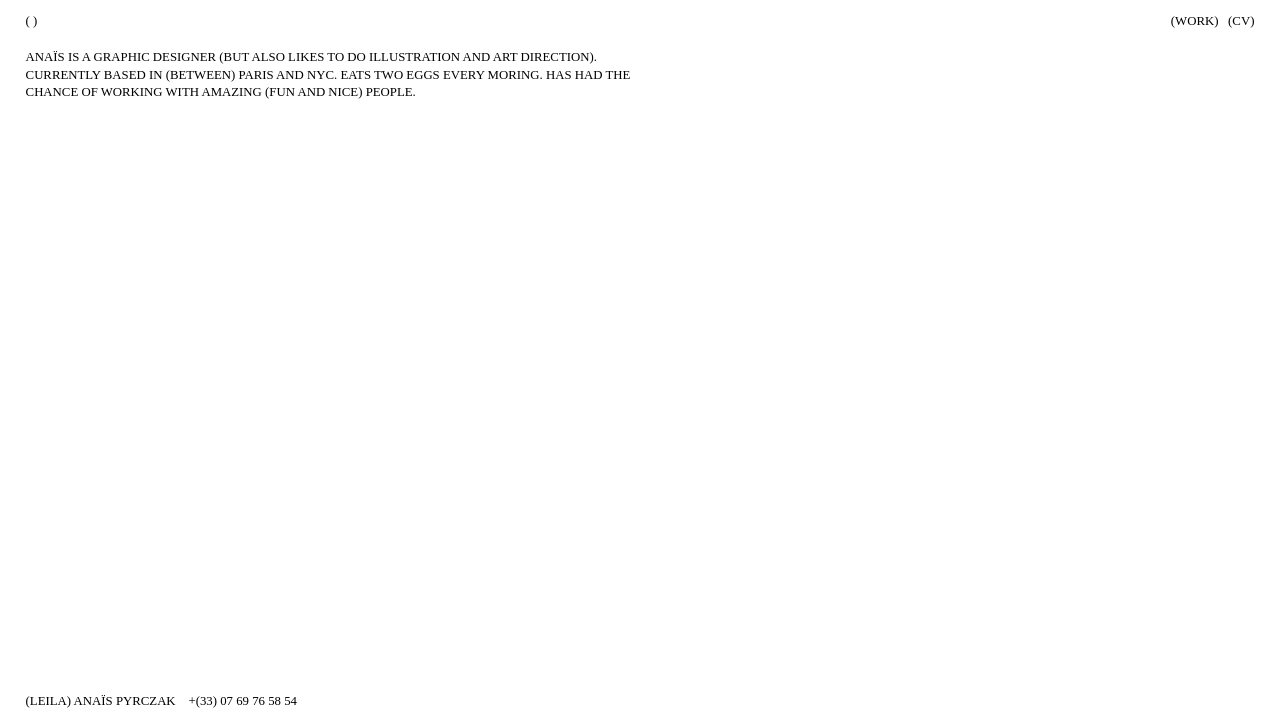
Repository: pyrcl090/site
Page: info.html
The author's editor kept a copy of each file at every save. The page is drawn from the files as they stood at one save, then again after the next save.
The browser window is 1280 px wide. The pictures show the whole page.
Some web fonts or font styles are not loaded; a fallback is used.

Above is the page before, as saved 2024-03-20 22:34:28.
Console error: TypeError: Cannot read properties of null (reading 'addEventListener')

### info.html
<!DOCTYPE html>
<html lang="en">
<head>
    <meta charset="UTF-8">
    <meta http-equiv="X-UA-Compatible" content="IE=edge">
    <meta name="viewport" content="width=device-width, initial-scale=1.0">
    <title>anais pyrczak</title>
    <link rel="icon" type="image/x-icon" href="./AP.png">
    <link rel="stylesheet" href="style.css">
    <style>
        html{
            background-color: white;
        }
    </style>
</head>
<body>

  <p class="nav">(<span >LEILA</span>) ANAÏS PYRCZAK &nbsp;&nbsp; +(<span>33</span>) 07 69 76 58 54</p>
  <!-- top right nav -->
  <p class="nav2"><a href="index.html">(<span >WORK</span>)</a>&nbsp;&nbsp;
    <a href="CV_Leila_Anais_Pyrczak.pdf">(<span >CV</span>)</a></p>
  <!-- top left nav -->
  <p class="nav3">(<span id="img_text"> </span>) &nbsp;&nbsp; <br><br><span id="mp4_text"> ANAÏS IS A GRAPHIC DESIGNER (BUT ALSO LIKES TO DO ILLUSTRATION AND ART DIRECTION). CURRENTLY BASED IN (BETWEEN) PARIS AND NYC. EATS TWO EGGS EVERY MORING. HAS HAD THE CHANCE OF WORKING WITH AMAZING (FUN AND NICE) PEOPLE. </span> &nbsp;&nbsp;</p>



<script src="script.js" async defer></script>
</body>
</html>

### style.css
@font-face {
    font-family: 'HMP';
    src: url("hiragino-maru-gothic-pron-w4.otf") format("truetype");
}

html{
    background-color:rgb(255, 255, 255);
}
body::-webkit-scrollbar {
    display: none;
  }
body{
    font-family: 'HMP';
    font-weight: 400;
    font-style: normal;
    font-size: .8em;
    line-height: 1.4em;
    overscroll-behavior-x: none;
    margin: 0%;
    padding: 0%;
    z-index: 0;
}
.dissapear{
    color: transparent;
}
.dissapear:hover{
    color: white;
    transition: .2s;
}

p{
    color: rgb(255, 255, 255);
    mix-blend-mode: exclusion;
}
a{
    color: rgb(255, 255, 255);
    text-decoration: none;
    mix-blend-mode: exclusion;
}
.nav{
    bottom: 1%;
    padding-bottom: 0%;
    padding-left: 2%;
    position: fixed;
    width: 100vw;
    height: 1vh;
    mix-blend-mode: exclusion;
    color: rgb(255, 255, 255);
    z-index: 3;
    overscroll-behavior-x: none;
}
.nav2{
    top: 0%;
    padding-bottom: 1%;
    right: 0%;
    padding-right: 2%;
    text-align: right;
    position: fixed;
    width: 50vw;
    height: 1vh;
    mix-blend-mode: exclusion;
    color: rgb(255, 255, 255);
    z-index: 3;
    overscroll-behavior-x: none;
}
.nav3{
    top: 0%;
    padding-bottom: 1%;
    padding-left: 2%;
    position: fixed;
    width: 50vw;
    height: 1vh;
    z-index: 3;
    overscroll-behavior-x: none;
}
.nav4{
    top: 40%;
    padding-bottom: 1%;
    padding-left: 2%;
    position: fixed;
    width: 50vw;
    height: 1vh;
    z-index: 3;
    overscroll-behavior-x: none;
}
.margin-top{
    margin-top: 80px;
}
.project{
    display: flex;
    flex-direction: row;
}
img.passeport{
    width: 150px;
    height:auto;
    padding-left: 1%;

}
.en{
    padding-left: 2%;
    padding-right: 1%;
    width: 50vw;
    /* text-align-last: right; */
}
.info{
    padding-left: 1%;
}

/* home selects */

.home_imgs{
    width: auto;
    margin-top: 0vh;
    height: 100vh;
    display: flex;
    padding-left: 0vw;
}
.home_container{
    width: auto;
    margin-top: 0vh;
    height: 100vh;
    display: flex;
    padding-left: 0vw;
}

/* are.na channels for individual pages */

  .arenaimgs{
         width: auto;
         margin-top: 0vh;
         height: 100vh;
         display: flex;
         padding-left: 0vw;
  }
  #parent{
          margin-block-start: 0em;
          margin-block-end: 0em;
          margin-inline-start: 0px;
          margin-inline-end: 0px;
          padding-inline-start: 0px;
          padding-inline-end: 0px;
          scroll-padding-inline-end: 0px;
   }
  ul {
          list-style-type: none;
          width: auto;
          height: fit-content;
          margin-block-start: 0em;
          margin-block-end: 0em;
          margin-inline-start: 0vw;
          margin-inline-end: 0px;
          padding-inline-start: 0px;
          padding-inline-end: 0px;
          scroll-padding-inline-end: 0px;
          display: flex;


      }
      .img_container{
        margin-block-start: 0em;
        margin-block-end: 0em;
        margin-inline-start: 0px;
        margin-inline-end: 0px;
        padding-inline-start: 0px;
        padding-inline-end: 0px;
        scroll-padding-inline-end: 0px;
        /* height: 100vh; */
        display: flex;
        flex-direction: column;
      }

      #image-block {

        background-color: none;
        display: flex;
        flex-direction: column;
        /* justify-content: center; */
      }

      iframe{
        width: 100vw;
        height: 40vh;
        z-index: 3;
      }
      iframe.web{
        height: 80vh;
        margin-left: 1%;
        width: 78vw;
        background-color: white;
        border-radius: 10px;
      }

      @media only screen and (max-width: 780px) {
        .nav{
            width: 100vw;
            padding-left: 2%;
        }
        .arenaimgs{
            width: auto;
            margin-top: 5vh;
            height: 90vh;
            margin-bottom: 5vh;
            display: flex;
            padding-left: 1vw;
     }
        iframe.video{
            height: 100vh;
            width: auto;
        }
        iframe{
            width: 98vw;
            margin: 1%;
            height: 40vh;
            z-index: 3;
          }
        iframe.web{
            height: 80vh;
            margin-left: 2%;
            width: 96vw;
            background-color: white;
            border-radius: 10px;
        }
        .margin-top{
            margin-top: 80px;
        }
        .info{
            padding-left: 2%;
        }
        img.passeport{
            width: 130px;
            height:auto;
            padding-left: 2%;
        }
        .highlight.fr{
            margin-bottom: 0%;
            margin-top: 0%;
        }
        .highlight.en{
            margin-bottom: 0%;
        }
      }

### script.js
let img1 = document.querySelector(".img1");
let img2 = document.querySelector(".img2");
let img3 = document.querySelector(".img3");
let img4 = document.querySelector(".img4");
let img5 = document.querySelector(".img5");
let img6 = document.querySelector(".img6");
let img7 = document.querySelector(".img7");
let img8 = document.querySelector(".img8");
let img9 = document.querySelector(".img9");

let imgtxt = document.querySelector("#img_text");
let mp4txt = document.querySelector("#mp4_text");

img1.addEventListener("mouseover", function(){
    mp4txt.innerHTML = "";
    imgtxt.innerHTML = "labraderie_POSTER";
});

img2.addEventListener("mouseover", function(){
    mp4txt.innerHTML = "";
    imgtxt.innerHTML = "rusałka_TYPEFACE";
});

// img3.addEventListener("mouseover", function(){
//     mp4txt.innerHTML = "";
//     imgtxt.innerHTML = "perfectdesigns_POSTER";
// });

img4.addEventListener("mouseover", function(){
    mp4txt.innerHTML = "";
    imgtxt.innerHTML = "sledz_BRANDING";
});

// img5.addEventListener("mouseover", function(){
//     mp4txt.innerHTML = "preciouscarharttWIP_ANIMATION";
//     imgtxt.innerHTML = "";
// });

img6.addEventListener("mouseover", function(){
    mp4txt.innerHTML = "";
    imgtxt.innerHTML = "signaletiquechiottes_FUNSHIT";
});

img7.addEventListener("mouseover", function(){
    mp4txt.innerHTML = "";
    imgtxt.innerHTML = "(e)3_BOOK";
});

img8.addEventListener("mouseover", function(){
    mp4txt.innerHTML = "lepasdecote_IDENTITY";
    imgtxt.innerHTML = "";
});

img9.addEventListener("mouseover", function(){
    mp4txt.innerHTML = "";
    imgtxt.innerHTML = "recettesgenerees_BOOK";
});


// event listener text
// labraderie
// whitefinproject
// sledz
// preciouscarharttWIP
// signaletiquechiottes
// (e)
// lepasdecote
// recettesgenerees

After the next save:
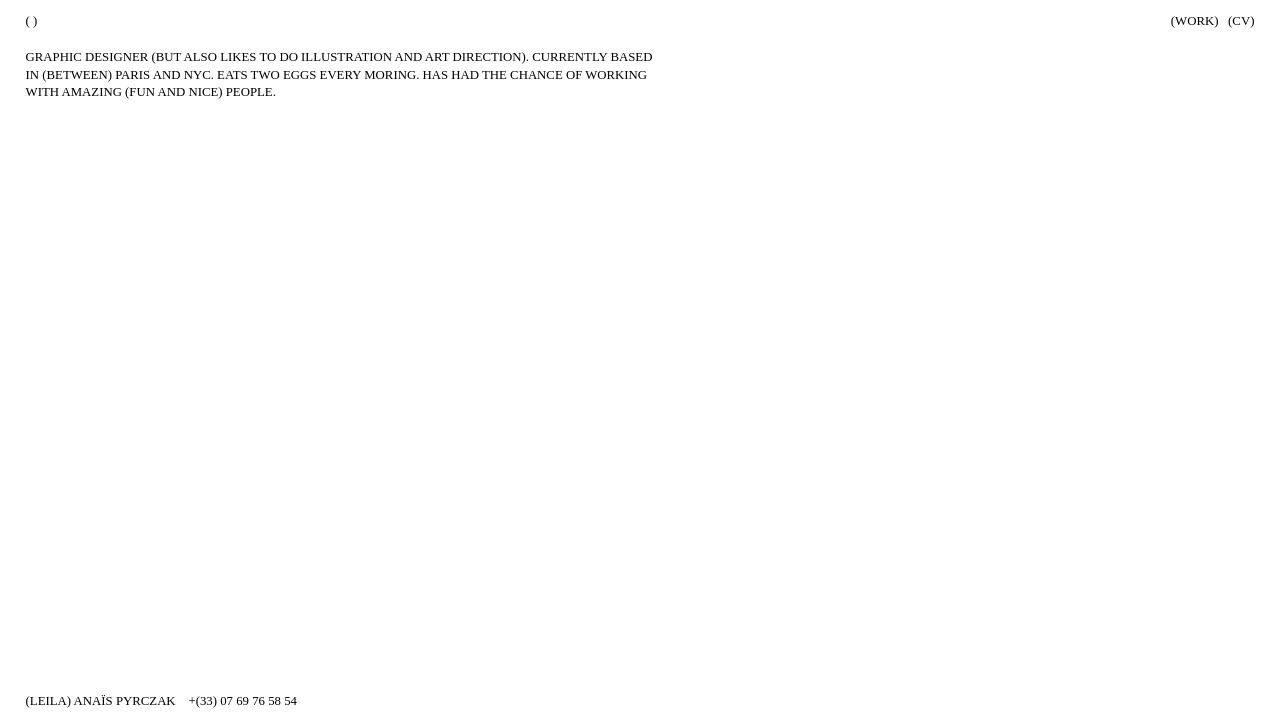
Saved 53 s later.
--- a/info.html
+++ b/info.html
@@ -20,7 +20,7 @@
   <p class="nav2"><a href="index.html">(<span >WORK</span>)</a>&nbsp;&nbsp;
     <a href="CV_Leila_Anais_Pyrczak.pdf">(<span >CV</span>)</a></p>
   <!-- top left nav -->
-  <p class="nav3">(<span id="img_text"> </span>) &nbsp;&nbsp; <br><br><span id="mp4_text"> ANAÏS IS A GRAPHIC DESIGNER (BUT ALSO LIKES TO DO ILLUSTRATION AND ART DIRECTION). CURRENTLY BASED IN (BETWEEN) PARIS AND NYC. EATS TWO EGGS EVERY MORING. HAS HAD THE CHANCE OF WORKING WITH AMAZING (FUN AND NICE) PEOPLE. </span> &nbsp;&nbsp;</p>
+  <p class="nav3">(<span id="img_text"> </span>) &nbsp;&nbsp; <br><br><span id="mp4_text"> GRAPHIC DESIGNER (BUT ALSO LIKES TO DO ILLUSTRATION AND ART DIRECTION). CURRENTLY BASED IN (BETWEEN) PARIS AND NYC. EATS TWO EGGS EVERY MORING. HAS HAD THE CHANCE OF WORKING WITH AMAZING (FUN AND NICE) PEOPLE. </span> &nbsp;&nbsp;</p>
 
 
 
